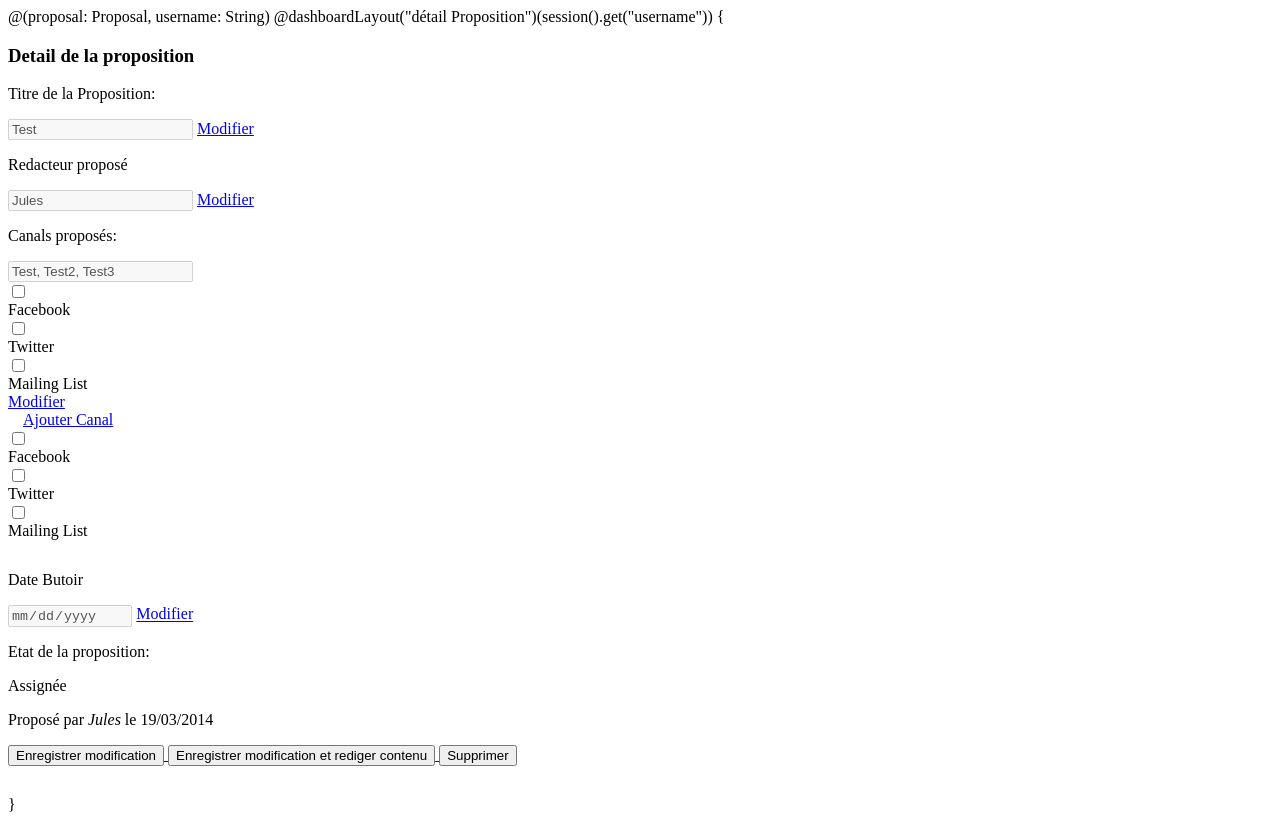
Repository: spirale-software/labo_master
Page: Application/oneDotCom/app/views/proposalDetail.scala.html
The author's editor kept a copy of each file at every save. The page is drawn from the files as they stood at one save, then again after the next save.
The browser window is 1280 px wide. The pictures show the whole page.

Above is the page before, as saved 2017-04-08 00:02:17.

### Application/oneDotCom/app/views/proposalDetail.scala.html
@(proposal: Proposal, username: String)

@dashboardLayout("détail Proposition")(session().get("username")) {
	<meta content="text/html; charset=UTF-8" http-equiv="Content-Type">
	 <div class="panel panel-default detail-proposal-style">
                <div class="panel-heading">
                    <h3 class="panel-title">Detail de la proposition</h3>
                </div>
                <div class="panel-body">
                    <div class="panel panel-default" style="margin-top: 10px">
                        <div class="panel-body">
                            <p class="col-lg-3 col-md-3 ">Titre de la Proposition: </p>
                            <input type="text" class="col-lg-6 col-md-6" value="Test" id="titleId" disabled="flase">
                            <a class="col-lg-3 col-md-3 " href="#" onclick ="enabledTitleEdition()">Modifier</a>
                        </div>
                    </div>

                    <div class="panel panel-default">
                        <div class="panel-body">

                        	<p class="col-lg-3 col-md-3 ">Redacteur proposé </p>
                            <input type="text" class="col-lg-6 col-md-6" value="Jules" id="writerId" disabled>
                            <a class="col-lg-3 col-md-3 " href="#" onclick ="enabledWriterEdition()">Modifier</a>

                        </div>
                    </div>


                    <div class="panel panel-default">
                        <div class="panel-body">

                        	<p class="col-lg-3 col-md-3 ">Canals proposés: </p>
                            <input type="text" class="col-lg-6 col-md-6" value="Test, Test2, Test3" id="channelsId" disabled>



                            <div class="row proposal-collapse col-lg-6 col-md-6 hidden" id="listChannels">

							    <div class="input-group">
							      <span class="input-group-addon">
							        <input type="checkbox" aria-label="..." >
							      </span>
							      <div class=" form-control well well-sm">Facebook</div>
							    </div><!-- /input-group -->

							    <div class="input-group">
							      <span class="input-group-addon">
							        <input type="checkbox" aria-label="..." >
							      </span>
							      <div class=" form-control well well-sm">Twitter</div>
							    </div><!-- /input-group -->

							    <div class="input-group">
							      <span class="input-group-addon">
							        <input type="checkbox" aria-label="..." >
							      </span>
							      <div class=" form-control well well-sm">Mailing List</div>
							    </div><!-- /input-group -->

							</div><!-- /.row -->

                            <a class="col-lg-3 col-md-3" href="#" onclick ="enabledChannelsEdition()">Modifier</a>

                        </div>
                    </div>





                    <div class="panel panel-default">
                        <div class="panel-body" style="padding-bottom:15px">

                        	<a  role="button" data-toggle="collapse" href="#collapseExample" aria-expanded="false"
                        		aria-controls="collapseExample" style="margin-left:15px;"">
  								Ajouter Canal
							</a>

							<div class="collapse" id="collapseExample">

  								<div class="input-group">
							      <span class="input-group-addon">
							        <input type="checkbox" aria-label="..." >
							      </span>
							      <div class=" form-control well well-sm">Facebook</div>
							    </div><!-- /input-group -->

							    <div class="input-group">
							      <span class="input-group-addon">
							        <input type="checkbox" aria-label="..." >
							      </span>
							      <div class=" form-control well well-sm">Twitter</div>
							    </div><!-- /input-group -->

							    <div class="input-group">
							      <span class="input-group-addon">
							        <input type="checkbox" aria-label="..." >
							      </span>
							      <div class=" form-control well well-sm">Mailing List</div>
							    </div><!-- /input-group -->

							</div>

                        </div>
                    </div>














                    <div class="panel panel-default">
                        <div class="panel-body">
                            <p class="col-lg-3 col-md-3 ">Date Butoir </p>
                            <input type="date" class="col-lg-6 col-md-6" value="" id="dateId" disabled>
                            <a class="col-lg-3 col-md-3 " href="#" onclick ="enabledDateEdition()">Modifier</a>
                        </div>
                    </div>

                    <div class="panel panel-default">
                        <div class="panel-body">
                            <p class="col-lg-3 col-md-3 ">Etat de la proposition: </p>
                            <p class="col-lg-9 col-md-9">Assignée</p>
                        </div>
                    </div>

                    <div class="panel panel-default">
                        <div class="panel-body">
                            <p>Proposé par <em class="text-primary">Jules</em> le 19/03/2014 </p>
                        </div>
                    </div>

                    <div style="margin-bottom: 30px">
                    	<a href="@routes.ProposalController.editProposalAction(proposal.getIdProposal())">
                        	<button type="button" class="btn btn-primary">Enregistrer modification</button>
                        </a>

                        <a href="@routes.ProposalController.writeProposalContentAction(proposal.getIdProposal())">
                        	<button type="button" class="btn btn-primary"> Enregistrer modification et rediger contenu </button>
                        </a>

                       <a href="@routes.ProposalController.writeProposalContentAction(proposal.getIdProposal())">
                       		<button type="button" class="btn btn-danger"> Supprimer </button>
                       </a>

                    </div>

                </div>
            </div>

            <script>
            	function enabledTitleEdition() {
            		document.getElementById("titleId").disabled =false;
            	}

            	function enabledWriterEdition() {
            		document.getElementById("writerId").disabled =false;
            	}

            	function enabledChannelsEdition() {
            		document.getElementById("channelsId").hidden =true;
            		document.getElementById("listChannels").className = "row proposal-collapse col-lg-6 col-md-6";
            	}

            	function enabledDateEdition() {
            		document.getElementById("dateId").disabled =false;
            	}

            </script>




}

After the next save:
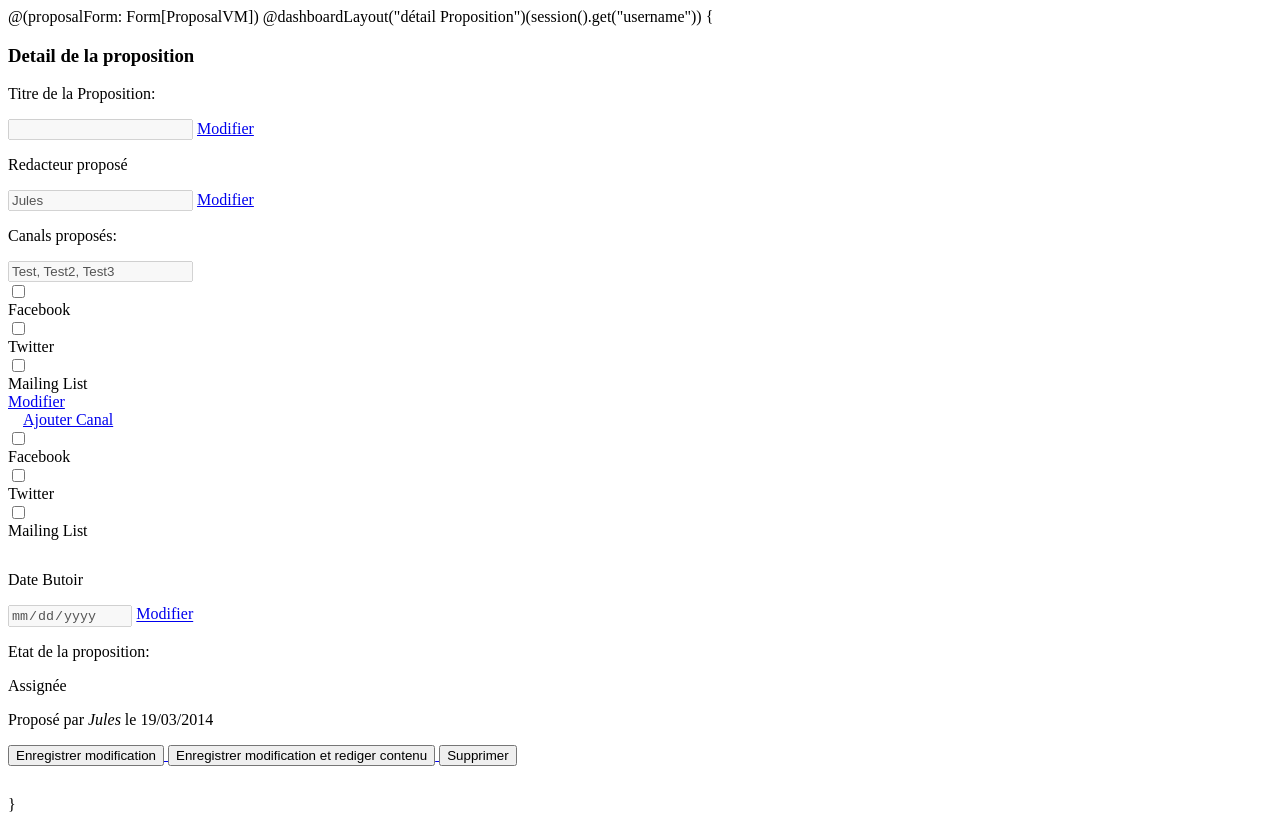
Saved 58 min 39 s later.
--- a/Application/oneDotCom/app/views/proposalDetail.scala.html
+++ b/Application/oneDotCom/app/views/proposalDetail.scala.html
@@ -1,4 +1,4 @@
-@(proposal: Proposal, username: String)
+@(proposalForm: Form[ProposalVM])
 
 @dashboardLayout("détail Proposition")(session().get("username")) {
 	<meta content="text/html; charset=UTF-8" http-equiv="Content-Type">
@@ -10,7 +10,7 @@
                     <div class="panel panel-default" style="margin-top: 10px">
                         <div class="panel-body">
                             <p class="col-lg-3 col-md-3 ">Titre de la Proposition: </p>
-                            <input type="text" class="col-lg-6 col-md-6" value="Test" id="titleId" disabled="flase">
+                            <input type="text" class="col-lg-6 col-md-6" value="" id="titleId" disabled>
                             <a class="col-lg-3 col-md-3 " href="#" onclick ="enabledTitleEdition()">Modifier</a>
                         </div>
                     </div>
